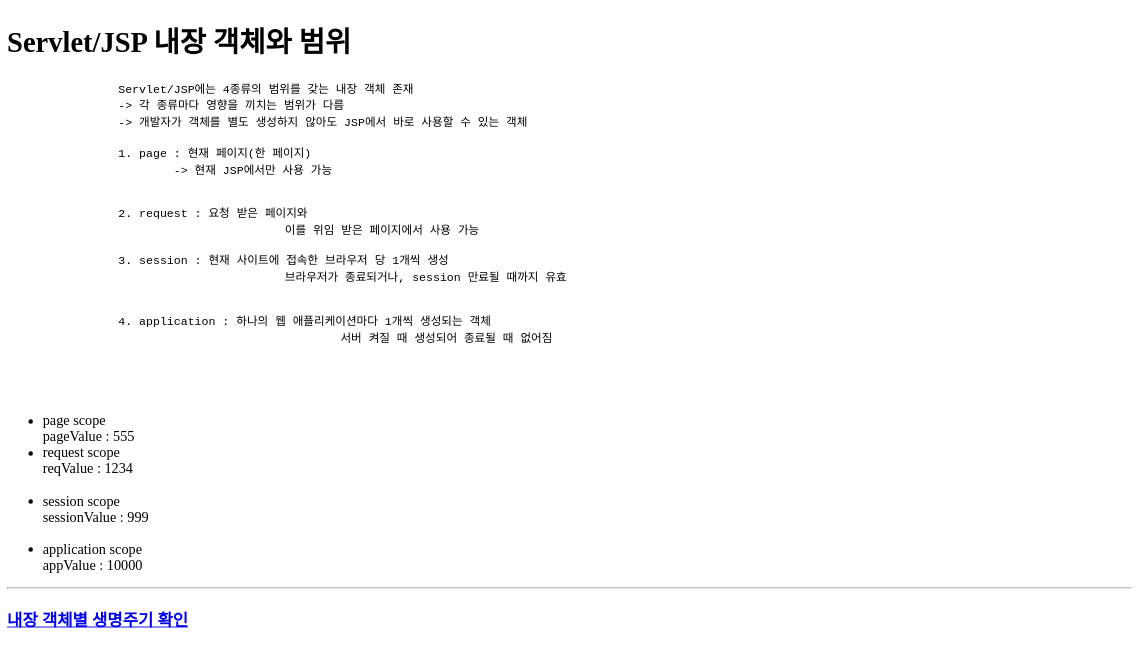
Repository: ahnjaeyoun/6_Server
Page: http://localhost/JSPProject2/scope
The author's editor kept a copy of each file at every save. The page is drawn from the files as they stood at one save, then again after the next save.
The browser window is 1280 px wide. The pictures show the whole page, at 89% of full size.
The page is served by Tomcat 9. Other server files are loaded and not shown.

Above is the page before, as saved 2023-09-19 02:35:02.

### JSPProject2/src/main/webapp/WEB-INF/views/scope/scope.jsp
<%@ page language="java" contentType="text/html; charset=UTF-8"
    pageEncoding="UTF-8"%>
<!DOCTYPE html>
<html>
<head>
<meta charset="UTF-8">
<title>Servlet/JSP 내장 객체와 범위</title>
</head>
<body>
	<h1>Servlet/JSP 내장 객체와 범위</h1>

	<pre>
		Servlet/JSP에는 4종류의 범위를 갖는 내장 객체 존재
		-> 각 종류마다 영향을 끼치는 범위가 다름
		-> 개발자가 객체를 별도 생성하지 않아도 JSP에서 바로 사용할 수 있는 객체

		1. page : 현재 페이지(한 페이지)
			-> 현재 JSP에서만 사용 가능


		2. request : 요청 받은 페이지와
					이를 위임 받은 페이지에서 사용 가능

		3. session : 현재 사이트에 접속한 브라우저 당 1개씩 생성
					브라우저가 종료되거나, session 만료될 때까지 유효


		4. application : 하나의 웹 애플리케이션마다 1개씩 생성되는 객체
						서버 켜질 때 생성되어 종료될 때 없어짐



	</pre>

	<ul>
		<li>
			page scope <br>

			<%
				// pageContext : page scope 객체
				pageContext.setAttribute("pageValue", 555);

				pageContext.setAttribute("str", "page 범위에 세팅된 문자열");
			%>

			pageValue : ${ pageScope.pageValue }

		</li>

		<li>
			request scope <br>
			reqValue : ${ requestScope.reqValue }
		</li>

		<br>

		<li>
			session scope <br>
			sessionValue : ${ sessionScope.sessionValue }
		</li>

		<br>

		<li>
			application scope <br>
			appValue : ${ applicationScope.appValue }
		</li>
	</ul>

	<hr>

	<h3>
		<a href="scopeCheck">내장 객체별 생명주기 확인</a>
	</h3>

</body>
</html>

### JSPProject2/src/main/java/edu/kh/jsp/controller/ScopeController.java
package edu.kh.jsp.controller;

import java.io.IOException;

import javax.servlet.RequestDispatcher;
import javax.servlet.ServletContext;
import javax.servlet.ServletException;
import javax.servlet.annotation.WebServlet;
import javax.servlet.http.HttpServlet;
import javax.servlet.http.HttpServletRequest;
import javax.servlet.http.HttpServletResponse;
import javax.servlet.http.HttpSession;

// 서블릿 매핑에서 유효하지 않은 url pattern
// -> 매핑할 주소 제일 앞에 "/" 반드시 작성
// -> 스지 않으면 에러납니다
@WebServlet("/scope")
public class ScopeController extends HttpServlet{

	@Override
	protected void doGet(HttpServletRequest req, HttpServletResponse resp) throws ServletException, IOException {

		RequestDispatcher dispatcher = req.getRequestDispatcher("/WEB-INF/views/scope/scope.jsp");

		// 1.page scope -> JSP에서 확인

		// 2. request scope -> 요청받은 페이지 + 위임받은 페이지
		req.setAttribute("reqValue", 1234);


		// 3. session scope -> 브라우저당 1개
		//					-> 브라우저 종료 또는 session 만료까지 유지

		// session 객체 얻어오는 방법
		HttpSession session = req.getSession();

		session.setAttribute("sessionValue", "999");

		// 4. application scope -> 서버가 켜져있는 동안 유지

		// application 객체를 얻어오는 방법
		// -> request. session 객체에서 얻어오기 가능
		ServletContext application = req.getServletContext();
//		ServletContext application = session.getServletContext();
		application.setAttribute("appValue", 10000);

		// ** 모든 scope는 속성을 세팅하고 얻어오는 방법 동일!!! **



		// 모든 범위에 같은 key로 속성 세팅
		req.setAttribute("str", "request 범위에 세팅된 문자열");

		session.setAttribute("str", "session 범위에 세팅된 문자열");

		application.setAttribute("str", "application 범위에 세팅된 문자열");






		dispatcher.forward(req, resp);

	}
}

After the next save:
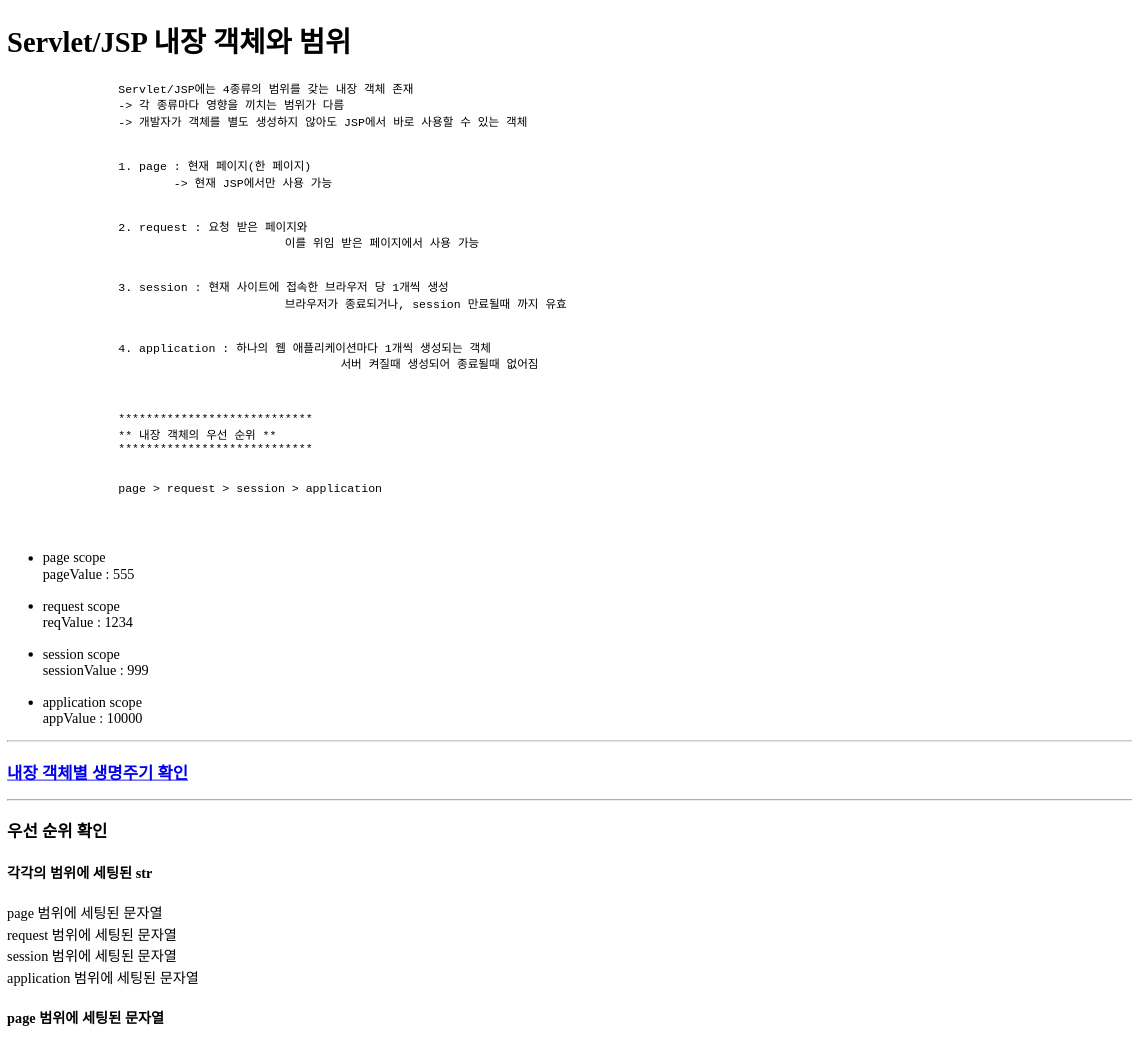
Saved 13 min 51 s later.
--- a/JSPProject2/src/main/webapp/WEB-INF/views/scope/scope.jsp
+++ b/JSPProject2/src/main/webapp/WEB-INF/views/scope/scope.jsp
@@ -3,8 +3,8 @@
 <!DOCTYPE html>
 <html>
 <head>
-<meta charset="UTF-8">
-<title>Servlet/JSP 내장 객체와 범위</title>
+	<meta charset="UTF-8">
+	<title>Servlet/JSP 내장 객체와 범위</title>
 </head>
 <body>
 	<h1>Servlet/JSP 내장 객체와 범위</h1>
@@ -14,6 +14,7 @@
 		-> 각 종류마다 영향을 끼치는 범위가 다름
 		-> 개발자가 객체를 별도 생성하지 않아도 JSP에서 바로 사용할 수 있는 객체
 
+
 		1. page : 현재 페이지(한 페이지)
 			-> 현재 JSP에서만 사용 가능
 
@@ -21,13 +22,22 @@
 		2. request : 요청 받은 페이지와
 					이를 위임 받은 페이지에서 사용 가능
 
+
 		3. session : 현재 사이트에 접속한 브라우저 당 1개씩 생성
-					브라우저가 종료되거나, session 만료될 때까지 유효
+					브라우저가 종료되거나, session 만료될때 까지 유효
 
 
 		4. application : 하나의 웹 애플리케이션마다 1개씩 생성되는 객체
-						서버 켜질 때 생성되어 종료될 때 없어짐
+						서버 켜질때 생성되어 종료될때 없어짐
 
+
+
+		****************************
+		** 내장 객체의 우선 순위 **
+		****************************
+
+
+		page > request > session > application
 
 
 	</pre>
@@ -43,29 +53,32 @@
 				pageContext.setAttribute("str", "page 범위에 세팅된 문자열");
 			%>
 
-			pageValue : ${ pageScope.pageValue }
+			pageValue : ${pageScope.pageValue}
+		</li>
 
-		</li>
+		<br>
 
 		<li>
 			request scope <br>
-			reqValue : ${ requestScope.reqValue }
+			reqValue : ${requestScope.reqValue}
 		</li>
 
 		<br>
 
 		<li>
 			session scope <br>
-			sessionValue : ${ sessionScope.sessionValue }
+			sessionValue : ${sessionScope.sessionValue}
 		</li>
 
 		<br>
 
 		<li>
 			application scope <br>
-			appValue : ${ applicationScope.appValue }
+			appValue : ${applicationScope.appValue}
 		</li>
 	</ul>
+
+
 
 	<hr>
 
@@ -73,5 +86,21 @@
 		<a href="scopeCheck">내장 객체별 생명주기 확인</a>
 	</h3>
 
+
+	<hr>
+
+	<h3>우선 순위 확인</h3>
+
+	<h4>각각의 범위에 세팅된 str</h4>
+	${pageScope.str}<br>
+	${requestScope.str} <br>
+	${sessionScope.str} <br>
+	${applicationScope.str} <br>
+
+	<h4>${str}</h4>
+	<%-- 우선순위에 의해 가장 우선순위가 높은 page 가 나온다 --%>
+
+
+
 </body>
 </html>
